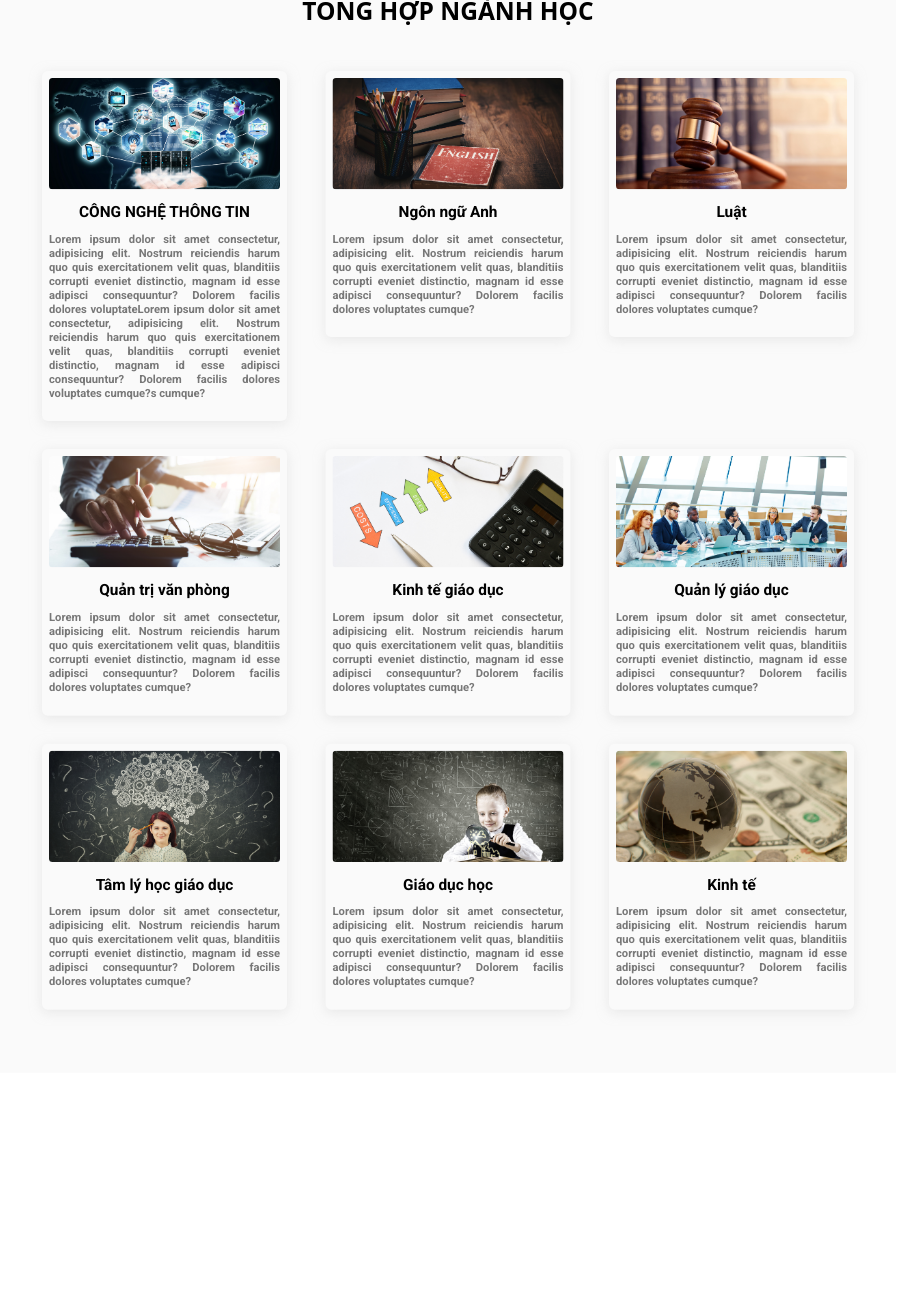
Repository: hongphuck1/trangweb1
Page: index.html
The author's editor kept a copy of each file at every save. The page is drawn from the files as they stood at one save, then again after the next save.
The browser window is 1280 px wide. The page is 1288 px wide, so the pictures cover 1288 px, including what lies to the right of the window. The pictures show the part of the page from y = 1998 to 3878 px (the page is 4941 px tall), at 70% of full size.

Above is the page before, as saved 2021-09-07 02:22:55.

After the next save:
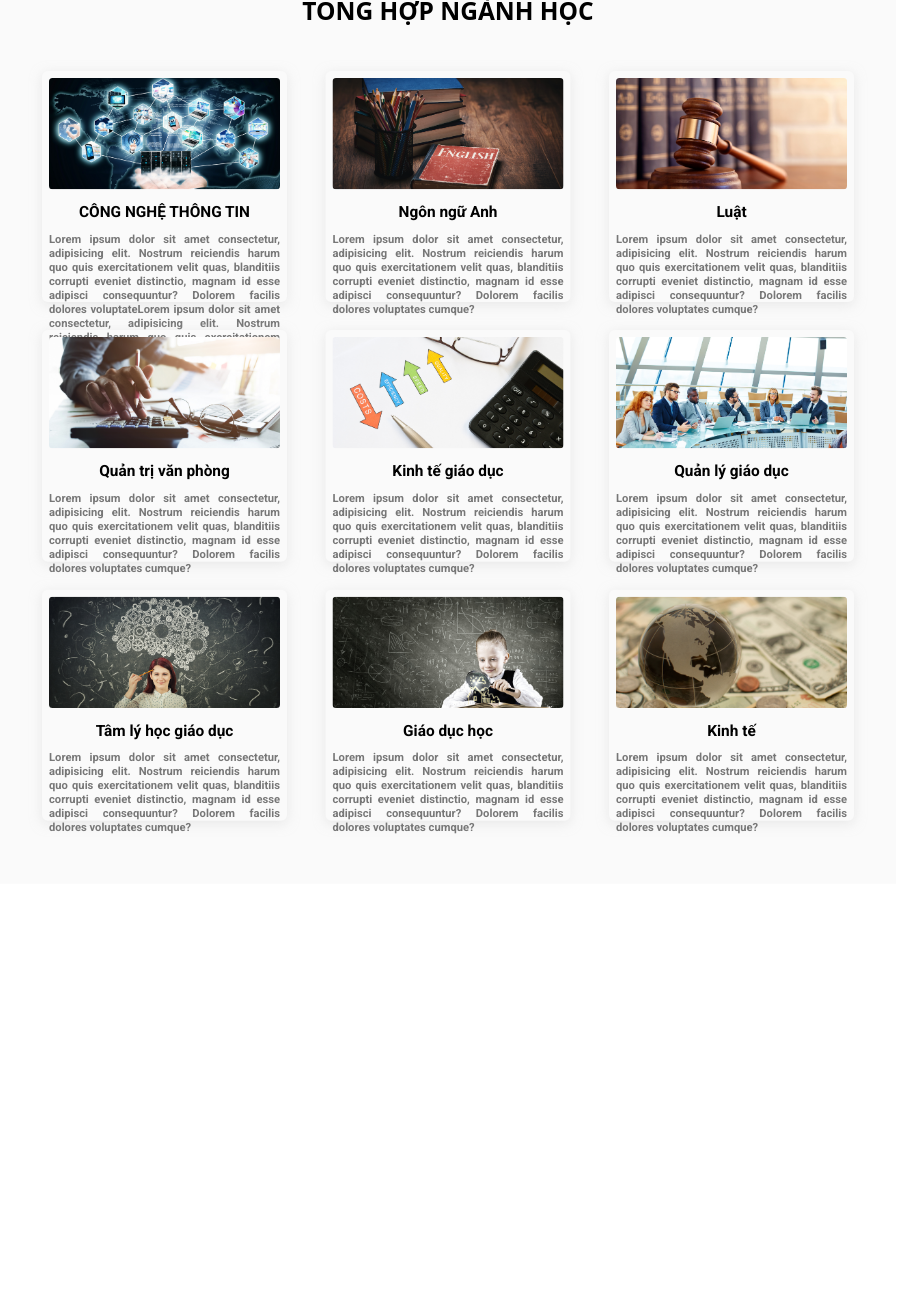
Saved 17 s later.
--- a/css/style.css
+++ b/css/style.css
@@ -315,5 +315,5 @@
   font-weight: 600;
   font-size: 1.6rem;
   color: #777;
-  min-height: 100px;
-}
+  max-height: 100px;
+}

After the save that followed:
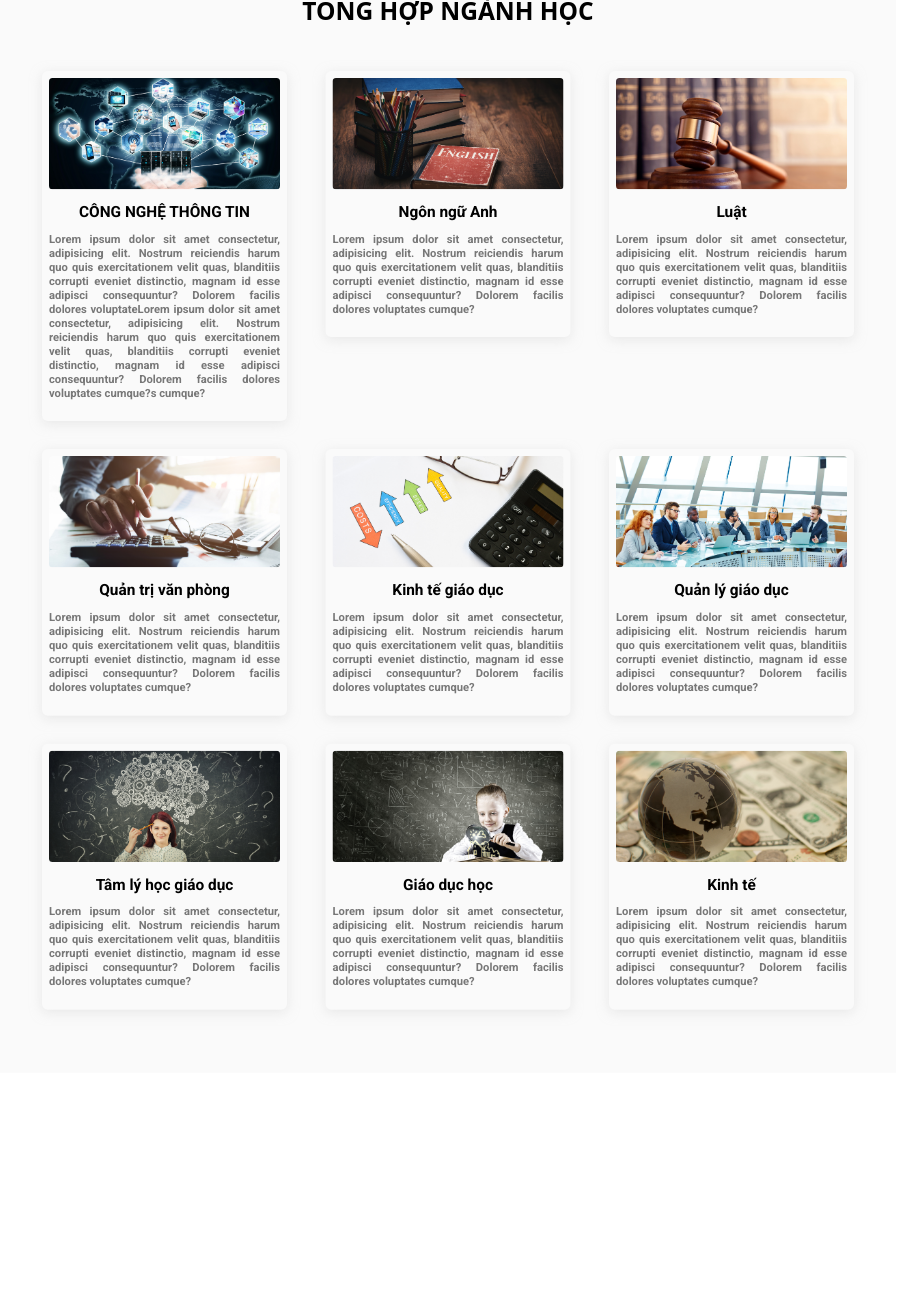
Saved 5 s later.
--- a/css/style.css
+++ b/css/style.css
@@ -315,5 +315,5 @@
   font-weight: 600;
   font-size: 1.6rem;
   color: #777;
-  max-height: 100px;
-}
+  min-height: 100px;
+}
